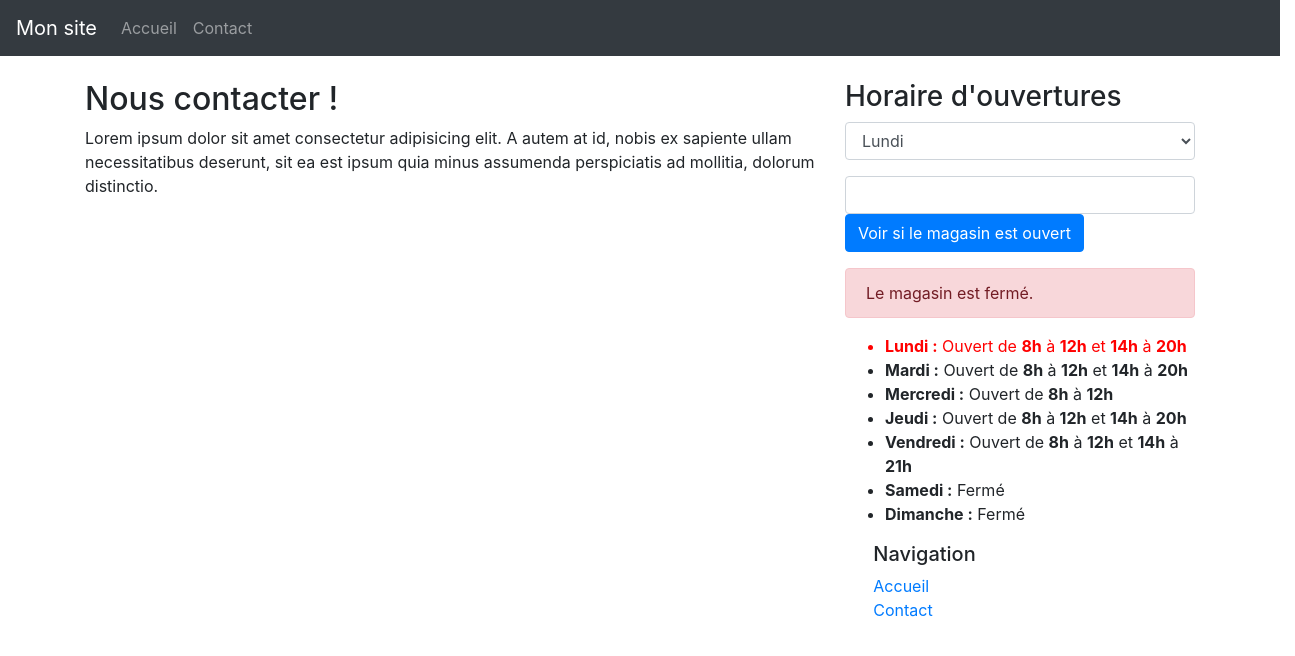
Repository: Alex-Serky/Backend_PHP
Page: http://localhost/contact.php
An editor plug-in stored every save of this project. The page is shown before and after the next save, followed by the edit.
The browser window is 1280 px wide. The page is 1295 px wide, so the pictures cover 1295 px, including what lies to the right of the window. The pictures show the whole page.
Some web libraries are served in a nearby version. The page is run by PHP 8.4 with error messages shown; the project is at /var/www/html/.

Above is the page before, as saved 2020-07-20 23:23:45.

### contact.php
<?php

$title = 'Nous contacter !';
require_once 'config.php';
require_once 'functions.php';
date_default_timezone_set('Europe/Paris');
$heure = (int)date('G'); // Récupérer l'heure d'aujourd'hui
$creneaux = CRENEAUX[date('N') - 1]; // Récupérer les créneaux d'aujourd'hui $creneaux
$ouvert = in_creneaux($heure, $creneaux); // Récupérer l'état d'ouverture du magasin
$color = $ouvert ? 'green' : 'red';
// if ($ouvert) { $color = 'green';} else { $color = 'red'; }
require 'header.php';

?>

<div class="row">
    <div class="col-md-8">
        <h2>Nous contacter !</h2>
        <p>
            Lorem ipsum dolor sit amet consectetur adipisicing elit. A autem at id,
            nobis ex sapiente ullam necessitatibus deserunt, sit ea est ipsum quia minus
            assumenda perspiciatis ad mollitia, dolorum distinctio.
        </p>
    </div>
    <div class="col-md-4">
        <h3>Horaire d'ouvertures</h3>

        <form action="" method="GET">
            <div class="form-group">
                <select name="jour" class="form-control">
                    <?php foreach (JOURS as $k => $jour): ?>
                        <option value="<?= $k ?>"><?= $jour ?></option>
                    <?php endforeach; ?>
                </select>
            </div>
            <div class="form-group">
                <input class="form-control" type="number" name="heure" value="$heure">
                <button type="submit" class="btn btn-primary">Voir si le magasin est ouvert</button>
            </div>
        </form>

        <?php if($ouvert): ?>
            <div class="alert alert-success">
                Le magasin est ouvert.
            </div>
        <?php else: ?>
            <div class="alert alert-danger">
                Le magasin est fermé.
            </div>
        <?php endif ?>
        <ul>
            <?php foreach(JOURS as $k => $jour): ?>
                <li <?php if($k + 1 === (int)date('N')): ?> style="color:<?= $color ?>"<?php endif ?>>
                    <strong><?= $jour ?> :</strong>
                    <?= creneaux_html(CRENEAUX[$k]); ?>
                </li>
            <?php endforeach; ?>
        </ul>
    </div>

</div>

<?php require 'footer.php'; ?>

### config.php
<?php

define('JOURS', [
    'Lundi',
    'Mardi',
    'Mercredi',
    'Jeudi',
    'Vendredi',
    'Samedi',
    'Dimanche'
]);

define('CRENEAUX', [
    0 => [
        [8, 12],
        [14, 20]
    ],
    [
        [8, 12],
        [14, 20]
    ],
    [
        [8, 12]
    ],
    [
        [8, 12],
        [14, 20]
    ],
    [
        [8, 12],
        [14, 21]
    ],
    [],
    []
]);

### functions.php
<?php

function nav_item(string $lien, string $titre, string $linkClass = ''): string
{
    $classe = 'nav-item';
    if ($_SERVER['SCRIPT_NAME'] === $lien) {
        $classe .= ' active';
    }
    return <<<HTML
        <li class="$classe">
            <a class="$linkClass" href="$lien">$titre</a>
        </li>
HTML;
}

function nav_menu(string $linkClass = ''): string
{
    return
        nav_item('/Backend_PHP/index.php', 'Accueil', $linkClass) .
        nav_item('/Backend_PHP/contact.php', 'Contact', $linkClass);
}

function dump($variable){
    echo '<pre>';
        var_dump($variable);
    echo '</pre>';
}

function creneaux_html($creneaux){
    if (empty($creneaux)) {
        return 'Fermé';
    }
    $phrases = [];
    foreach ($creneaux as $creneau) {
        $phrases[] = "
            <strong>{$creneau[0]}h</strong>
            à
            <strong>{$creneau[1]}h</strong>
            ";
    }
    return 'Ouvert de ' . implode(' et ', $phrases);
}

function in_creneaux(int $heure, array $creneaux): bool {
    foreach($creneaux as $creneau) {
        $debut = $creneau[0];
        $fin = $creneau[1];
        if ($heure >= $debut && $heure < $fin) {
            return true;
        }
    }
    return false;
}

### header.php
<?php

require_once 'functions.php';

?>

<!doctype html>
<html lang="en">

<head>
    <meta charset="utf-8">
    <meta name="viewport" content="width=device-width, initial-scale=1, shrink-to-fit=no">
    <meta name="description" content="">
    <meta name="author" content="">
    <link rel="icon" href="/docs/4.0/assets/img/favicons/favicon.ico">

    <title>
        <?php if(isset($title)): ?>
            <?= $title; ?>
        <?php else: ?>
            Mon site
        <?php endif; ?>
    </title>

    <!-- Bootstrap core CSS -->
    <link rel="stylesheet" href="https://stackpath.bootstrapcdn.com/bootstrap/4.5.0/css/bootstrap.min.css" integrity="sha384-9aIt2nRpC12Uk9gS9baDl411NQApFmC26EwAOH8WgZl5MYYxFfc+NcPb1dKGj7Sk" crossorigin="anonymous">

</head>

<body>

    <nav class="navbar navbar-expand-md navbar-dark bg-dark mb-4">
        <a class="navbar-brand" href="#">Mon site</a>
        <button class="navbar-toggler" type="button"
                data-toggle="collapse" data-target="#navbarsExampleDefault"
                aria-controls="navbarsExampleDefault" aria-expanded="false"
                aria-label="Toggle navigation">
            <span class="navbar-toggler-icon"></span>
        </button>

        <div class="collapse navbar-collapse"
            id="navbarsExampleDefault">
            <ul class="navbar-nav mr-auto">
                <?= nav_menu('nav-link'); ?>
            </ul>
        </div>
    </nav>

    <main role="main" class="container">

### footer.php
</main><!-- /.container -->

<div class="row">
<div class="col-md-4"></div>
<div class="col-md-4"></div>
<div class="col-md-4">
    <h5>Navigation</h5>
    <ul class="list-unstyled text-small">
        <?= nav_menu(); ?>
    </ul>
</div>
</div>

<script src="https://code.jquery.com/jquery-3.2.1.slim.min.js" integrity="sha384-KJ3o2DKtIkvYIK3UENzmM7KCkRr/rE9/Qpg6aAZGJwFDMVNA/GpGFF93hXpG5KkN" crossorigin="anonymous"></script>
<script src="https://cdnjs.cloudflare.com/ajax/libs/popper.js/1.12.9/umd/popper.min.js" integrity="sha384-ApNbgh9B+Y1QKtv3Rn7W3mgPxhU9K/ScQsAP7hUibX39j7fakFPskvXusvfa0b4Q" crossorigin="anonymous"></script>
<script src="https://maxcdn.bootstrapcdn.com/bootstrap/4.0.0/js/bootstrap.min.js" integrity="sha384-JZR6Spejh4U02d8jOt6vLEHfe/JQGiRRSQQxSfFWpi1MquVdAyjUar5+76PVCmYl" crossorigin="anonymous"></script>
</body>

</html>

After the next save:
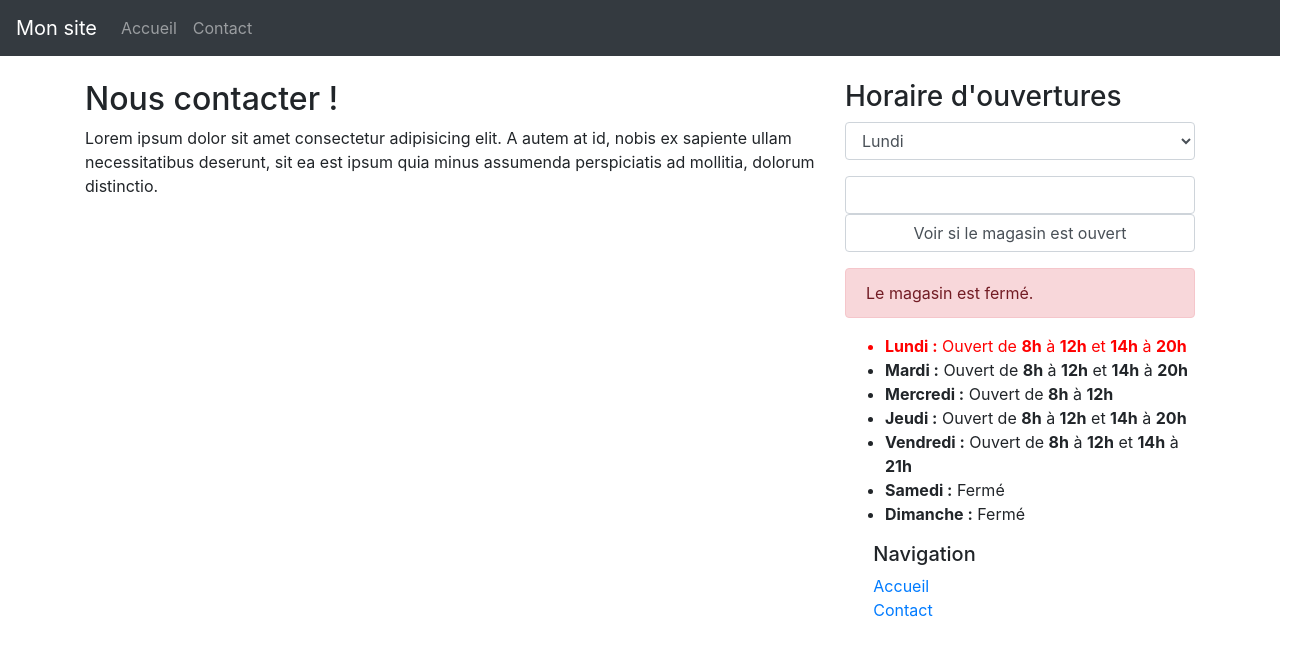
Saved 20 s later.
--- a/contact.php
+++ b/contact.php
@@ -28,29 +28,29 @@
         <form action="" method="GET">
             <div class="form-group">
                 <select name="jour" class="form-control">
-                    <?php foreach (JOURS as $k => $jour): ?>
+                    <?php foreach (JOURS as $k => $jour) : ?>
                         <option value="<?= $k ?>"><?= $jour ?></option>
                     <?php endforeach; ?>
                 </select>
             </div>
             <div class="form-group">
                 <input class="form-control" type="number" name="heure" value="$heure">
-                <button type="submit" class="btn btn-primary">Voir si le magasin est ouvert</button>
+                <button class="form-control" type="submit" class="btn btn-primary">Voir si le magasin est ouvert</button>
             </div>
         </form>
 
-        <?php if($ouvert): ?>
+        <?php if ($ouvert) : ?>
             <div class="alert alert-success">
                 Le magasin est ouvert.
             </div>
-        <?php else: ?>
+        <?php else : ?>
             <div class="alert alert-danger">
                 Le magasin est fermé.
             </div>
         <?php endif ?>
         <ul>
-            <?php foreach(JOURS as $k => $jour): ?>
-                <li <?php if($k + 1 === (int)date('N')): ?> style="color:<?= $color ?>"<?php endif ?>>
+            <?php foreach (JOURS as $k => $jour) : ?>
+                <li <?php if ($k + 1 === (int)date('N')) : ?> style="color:<?= $color ?>" <?php endif ?>>
                     <strong><?= $jour ?> :</strong>
                     <?= creneaux_html(CRENEAUX[$k]); ?>
                 </li>

After the save that followed:
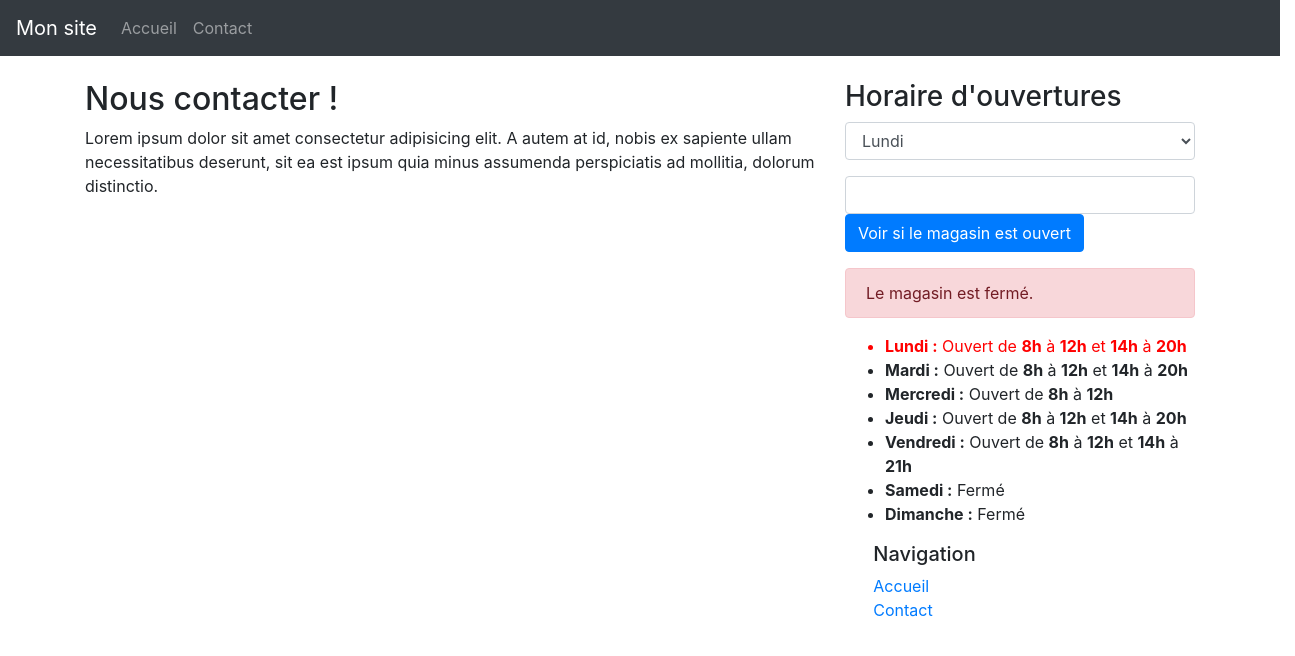
Saved 18 s later.
--- a/contact.php
+++ b/contact.php
@@ -35,7 +35,7 @@
             </div>
             <div class="form-group">
                 <input class="form-control" type="number" name="heure" value="$heure">
-                <button class="form-control" type="submit" class="btn btn-primary">Voir si le magasin est ouvert</button>
+                <button type="submit" class="btn btn-primary">Voir si le magasin est ouvert</button>
             </div>
         </form>
 
